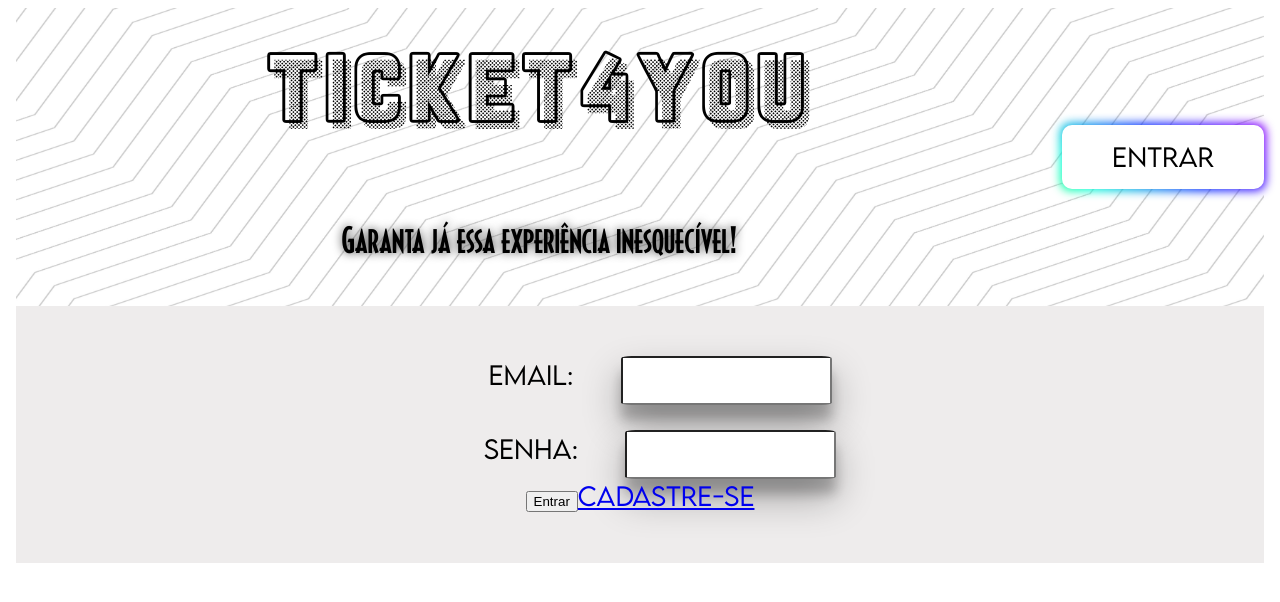
Repository: hellengurgaczz/projeto-DSA
Page: /login
These files come from the project's save history. The page is drawn as it stood at one moment and after the next save; the edit follows.
The browser window is 1280 px wide. The pictures show the whole page.
The project was rebuilt for these pictures with package versions that can differ from the ones it lists, and the page was loaded fresh each time. Also part of the build but not shown: angular.json, src/app/ingressos/templates/cadastrar/cadastrar.component.ts, src/app/models/ingresso.model.ts, src/app/services/ingresso.service.ts, src/app/compra/comprar-ingresso/comprar-ingresso.component.ts, src/app/models/compra.model.ts, src/app/services/compra.service.ts, src/app/ingressos/templates/deletar/deletar.component.ts and 3 more.

Above is the page before, as saved 2022-05-10 12:34:36.

After the next save:
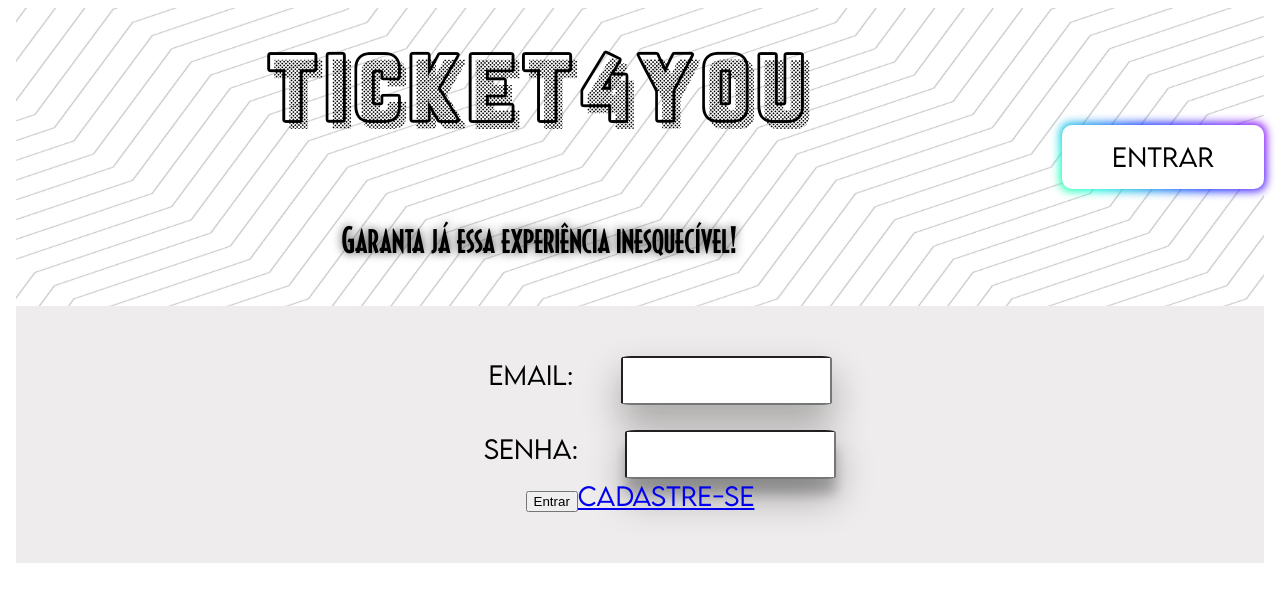
Saved 9 s later.
--- a/src/app/login/login.component.css
+++ b/src/app/login/login.component.css
@@ -16,7 +16,7 @@
 .emailinput{
   padding: 15px;
   border-radius: 5%;
-  box-shadow: rgba(0, 0, 0, 0.3) 0px 19px 38px, rgba(0, 0, 0, 0.22) 0px 15px 12px;
+  box-shadow: rgba(0, 0, 0, 0.3) 0px 19px 38px, rgba(230, 225, 225, 0.22) 0px 15px 12px;
 }
 
 .senhainput{

After the save that followed:
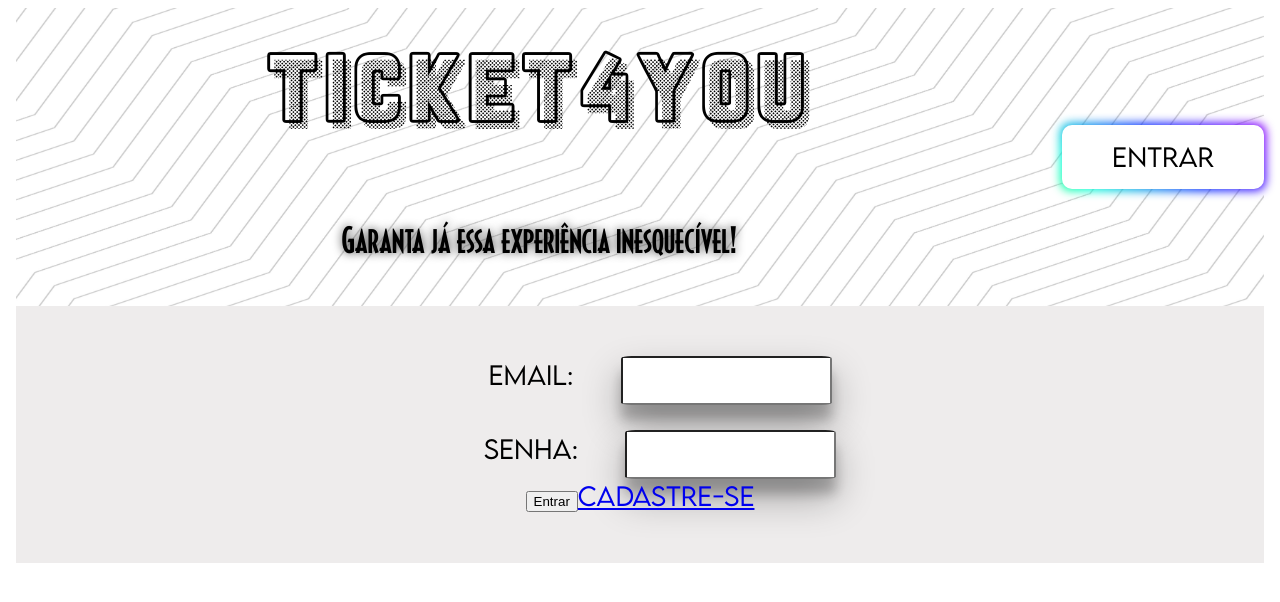
Saved 10 s later.
--- a/src/app/login/login.component.css
+++ b/src/app/login/login.component.css
@@ -16,7 +16,7 @@
 .emailinput{
   padding: 15px;
   border-radius: 5%;
-  box-shadow: rgba(0, 0, 0, 0.3) 0px 19px 38px, rgba(230, 225, 225, 0.22) 0px 15px 12px;
+  box-shadow: rgba(0, 0, 0, 0.3) 0px 19px 38px, rgba(0, 0, 0, 0.22) 0px 15px 12px;
 }
 
 .senhainput{
